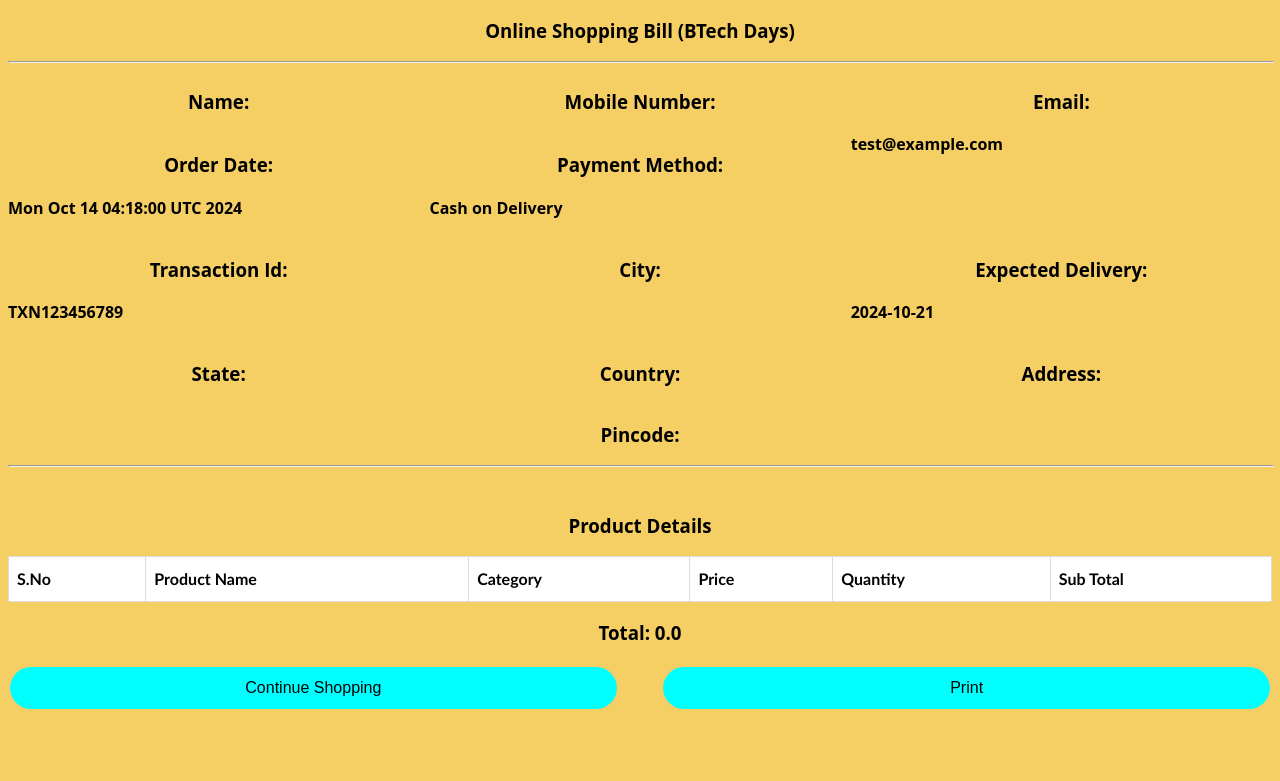
Repository: Dineshbabu290904/DigiMart
Page: http://localhost/DigiMart/bill.jsp
These files come from the project's save history. The page is drawn as it stood at one moment and after the next save; the edit follows.
The browser window is 1280 px wide. The pictures show the whole page.
The page is served by Tomcat 9. The session is filled in as if someone had signed in: {"user_type": "admin", "email": "test@example.com", "user_id": 1}. The application's start-up code is not run. Other server files are loaded and not shown. Queries for data that is not in the repository find no rows.

Above is the page before, as saved 2024-10-17 16:45:39.

### DigiMart/src/main/webapp/bill.jsp
<%@ page import="java.sql.*" %>
<%@ page import="com.digimart.project.ConnectionProvider" %>
<%
    // Initialize variables for user details and cart
    String customerName = "", customerEmail = "", customerMobile = "", streetAddress = "",
           customerCity = "", customerState = "", customerCountry = "", customerPincode = "";
    double totalAmount = 0.0;
    StringBuilder cartItemsHtml = new StringBuilder();
    int serialNo = 1;

    // Get user ID from session
    Integer userId = (Integer) session.getAttribute("user_id");

    if (userId == null) {
        response.sendRedirect("login.jsp"); // Redirect to login if user_id is null
        return;
    }
    customerEmail = (String) session.getAttribute("email"); // Retrieve email from session
    try (Connection con = ConnectionProvider.getCon()) {
        // Retrieve address information
        String addressQuery = "SELECT full_name, phone_number, street_address, city, state, postal_code, country " +
                              "FROM address WHERE user_id = ? AND is_default = TRUE";
        try (PreparedStatement addressStmt = con.prepareStatement(addressQuery)) {
            addressStmt.setInt(1, userId);
            ResultSet addressRs = addressStmt.executeQuery();

            if (addressRs.next()) {
                customerName = addressRs.getString("full_name");
                customerMobile = addressRs.getString("phone_number");
                streetAddress = addressRs.getString("street_address");
                customerCity = addressRs.getString("city");
                customerState = addressRs.getString("state");
                customerCountry = addressRs.getString("country");
                customerPincode = addressRs.getString("postal_code");
            }
        }

        String cartQuery = "SELECT c.quantity, p.name, p.category, p.price_per_unit " +
                "FROM cart c LEFT JOIN products p ON c.product_id = p.product_id " +
                "WHERE c.user_id = ?";

        try (PreparedStatement cartStmt = con.prepareStatement(cartQuery)) {
            cartStmt.setInt(1, userId);
            ResultSet cartRs = cartStmt.executeQuery();

            while (cartRs.next()) {
                String productName = cartRs.getString("name");
                String category = cartRs.getString("category");
                double price = cartRs.getDouble("price_per_unit");
                int quantity = cartRs.getInt("quantity");
                double subTotal = price * quantity;

                totalAmount += subTotal; // Accumulate total amount

                // Create a row in HTML for each cart item
                cartItemsHtml.append("<tr>")
                              .append("<td>").append(serialNo++).append("</td>")
                              .append("<td>").append(productName).append("</td>")
                              .append("<td>").append(category).append("</td>")
                              .append("<td>").append(price).append("</td>")
                              .append("<td>").append(quantity).append("</td>")
                              .append("<td>").append(subTotal).append("</td>")
                              .append("</tr>");
            }
        }
    } catch (SQLException e) {
        e.printStackTrace();
        out.println("<h3>An error occurred while retrieving your bill.</h3>");
        return;
    }
%>

<!DOCTYPE html>
<html lang="en">
<head>
    <meta charset="UTF-8">
    <meta name="viewport" content="width=device-width, initial-scale=1.0">
    <link rel="stylesheet" href="css/bill.css">
    <title>Bill</title>
</head>
<body>

<h3>Online Shopping Bill (BTech Days)</h3>
<hr>

<!-- Address Information -->
<div class="left-div"><h3>Name: </h3><h4><%= customerName %></h4></div>
<div class="right-div-right"><h3>Email: </h3><h4><%= customerEmail %></h4></div>
<div class="right-div"><h3>Mobile Number: </h3><h4><%= customerMobile %></h4></div>

<div class="left-div"><h3>Order Date: </h3><h4><%= new java.util.Date() %></h4></div>
<div class="right-div-right"><h3>Payment Method: </h3><h4>Cash on Delivery</h4></div>
<div class="right-div"><h3>Expected Delivery: </h3><h4><%= new java.text.SimpleDateFormat("yyyy-MM-dd").format(new java.util.Date(System.currentTimeMillis() + 7 * 24 * 60 * 60 * 1000)) %></h4></div>

<div class="left-div"><h3>Transaction Id: </h3><h4>TXN123456789</h4></div>
<div class="right-div-right"><h3>City: </h3><h4><%= customerCity %></h4></div>
<div class="right-div"><h3>Address: </h3><h4><%= streetAddress %></h4></div>

<div class="left-div"><h3>State: </h3><p><%= customerState %></p></div>
<div class="right-div-right"><h3>Country: </h3><p><%= customerCountry %></p></div>
<div class="right-div"><h3>Pincode: </h3><p><%= customerPincode %></p></div>

<hr>

<br>

<!-- Product Details Table -->
<table id="customers">
    <h3>Product Details</h3>
    <tr>
        <th>S.No</th>
        <th>Product Name</th>
        <th>Category</th>
        <th>Price</th>
        <th>Quantity</th>
        <th>Sub Total</th>
    </tr>

    <!-- Dynamically populated cart items -->
    <%= cartItemsHtml.toString() %>
</table>

<h3>Total: <%= totalAmount %></h3>

<!-- Buttons -->
<a href="continueShopping.jsp"><button class="button left-button">Continue Shopping</button></a>
<a onclick="window.print();"><button class="button right-button">Print</button></a>
<br><br><br><br>

</body>
</html>

### DigiMart/src/main/java/com/digimart/project/ConnectionProvider.java
package com.digimart.project;

import java.sql.*;

public class ConnectionProvider {
	public static Connection getCon() {
		try {
			Class.forName("com.mysql.cj.jdbc.Driver");
			Connection con = DriverManager.getConnection("jdbc:mysql://localhost:3306/DB","root","Dinesh@2004");
			return con;
		} catch(Exception e) {
			System.out.print(e);
			return null;
		}
	}
}

### DigiMart/src/main/webapp/css/bill.css
    body {
  font-family: "Open Sans", sans-serif;
  line-height: 1.25;
  background-color: #f5ce64;
}

/*footer*/
.footer {
   position: fixed;
   left: 0;
   bottom: 0;
   width: 100%;
   background-color:#ccc;
   color:black;
   text-align: center;
}





.input-style {
  width: 90%;
  padding: 12px 20px;
  margin-left:5%;
  box-sizing: border-box;
  border: none;
  background-color:white;
  color: black;
  font-size: 16px;
}

input[type=text]:focus, textarea:focus,button:focus{
  outline: 4px solid orange;
  background-color:rgb(224, 255, 219);     /* oranges! yey */
}

.button {
  background-color: aqua;
  border: none;
  color: black;
  padding: 12px 20px;
  text-align: center;
  text-decoration: none;
  display: inline-block;
  font-size: 14px;
  margin: 4px 2px;
  transition-duration: 0.4s;
  cursor: pointer;
  font-size: 16px;
  width: 40%;
   border-radius: 25px;
}

.button:hover {
  background-color: pink;
  color: black;
}

hr
{
	width: 100%
}
h3
{
	text-align: center;
	color: black;
}
.alert
{
	color:yellow;
}

.profile-style
{
	border-style: dotted;

}

.left-button
{
	width: 48%;
	display:inline-block;
}

.right-button
{
	float:right;
	width: 48%;
	display:inline-block;
}

.left-div
{
	width: 33.33%;
	display:inline-block;
}

.right-div
{
	float:right;
	width: 33.33%;
	display:inline-block;
}
.right-div-right
{
	float:right;
	width: 33.33%;
	display:inline-block;
}
#customers {
  font-family: "Trebuchet MS", Arial, Helvetica, sans-serif;
  border-collapse: collapse;
  width: 100%;
}

#customers td, #customers th {
  border: 1px solid #ddd;
  padding: 8px;
}

#customers tr:nth-child(even){background-color: #f2f2f2;}

#customers tr:hover {background-color: #ddd;}

#customers th {
  padding-top: 12px;
  padding-bottom: 12px;
  text-align: left;
  background-color: white;
  color: black;
}

After the next save:
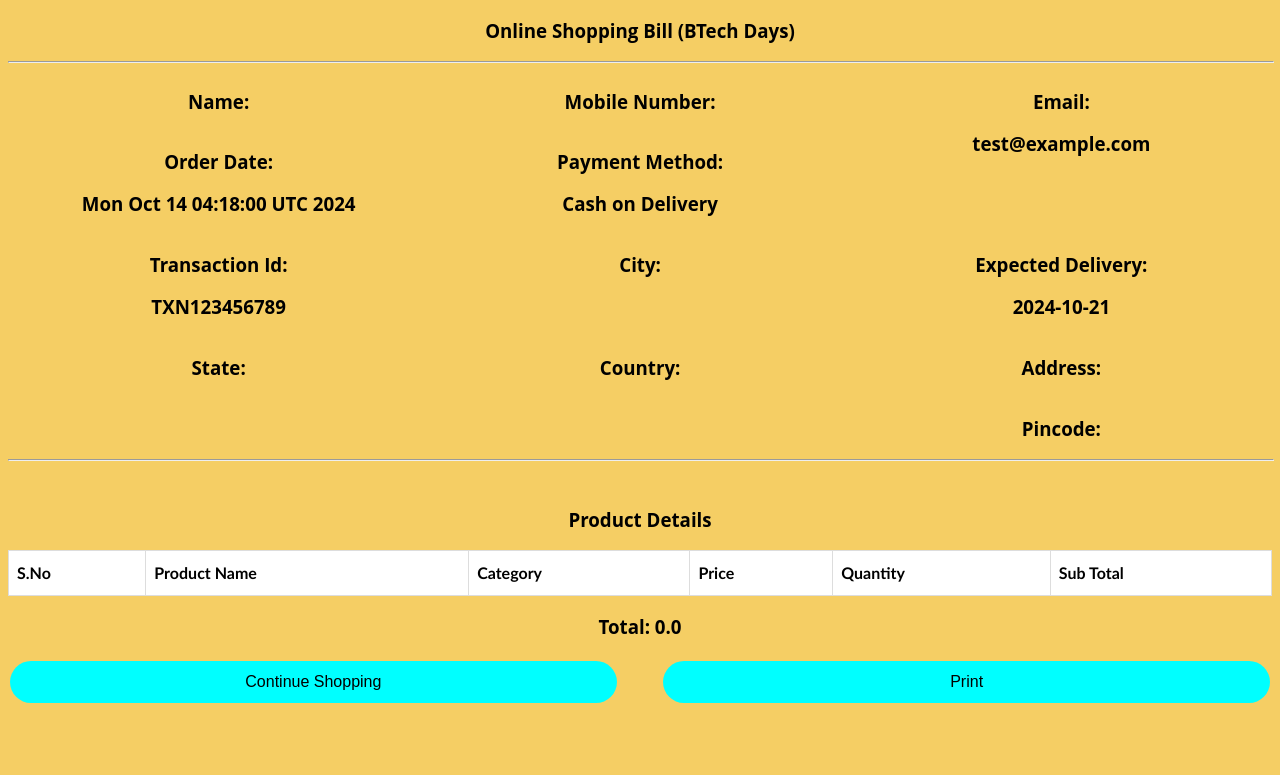
Saved 63 s later.
--- a/DigiMart/src/main/webapp/bill.jsp
+++ b/DigiMart/src/main/webapp/bill.jsp
@@ -84,17 +84,17 @@
 <hr>
 
 <!-- Address Information -->
-<div class="left-div"><h3>Name: </h3><h4><%= customerName %></h4></div>
-<div class="right-div-right"><h3>Email: </h3><h4><%= customerEmail %></h4></div>
-<div class="right-div"><h3>Mobile Number: </h3><h4><%= customerMobile %></h4></div>
+<div class="left-div"><h3>Name: </h3><h3><%= customerName %></h3></div>
+<div class="right-div-right"><h3>Email: </h3><h3><%= customerEmail %></h3></div>
+<div class="right-div"><h3>Mobile Number: </h3><h3><%= customerMobile %></h3></div>
 
-<div class="left-div"><h3>Order Date: </h3><h4><%= new java.util.Date() %></h4></div>
-<div class="right-div-right"><h3>Payment Method: </h3><h4>Cash on Delivery</h4></div>
-<div class="right-div"><h3>Expected Delivery: </h3><h4><%= new java.text.SimpleDateFormat("yyyy-MM-dd").format(new java.util.Date(System.currentTimeMillis() + 7 * 24 * 60 * 60 * 1000)) %></h4></div>
+<div class="left-div"><h3>Order Date: </h3><h3><%= new java.util.Date() %></h3></div>
+<div class="right-div-right"><h3>Payment Method: </h3><h3>Cash on Delivery</h3></div>
+<div class="right-div"><h3>Expected Delivery: </h3><h3><%= new java.text.SimpleDateFormat("yyyy-MM-dd").format(new java.util.Date(System.currentTimeMillis() + 7 * 24 * 60 * 60 * 1000)) %></h3></div>
 
-<div class="left-div"><h3>Transaction Id: </h3><h4>TXN123456789</h4></div>
-<div class="right-div-right"><h3>City: </h3><h4><%= customerCity %></h4></div>
-<div class="right-div"><h3>Address: </h3><h4><%= streetAddress %></h4></div>
+<div class="left-div"><h3>Transaction Id: </h3><h3>TXN123456789</h3></div>
+<div class="right-div-right"><h3>City: </h3><h3><%= customerCity %></h3></div>
+<div class="right-div"><h3>Address: </h3><h3><%= streetAddress %></h3></div>
 
 <div class="left-div"><h3>State: </h3><p><%= customerState %></p></div>
 <div class="right-div-right"><h3>Country: </h3><p><%= customerCountry %></p></div>
